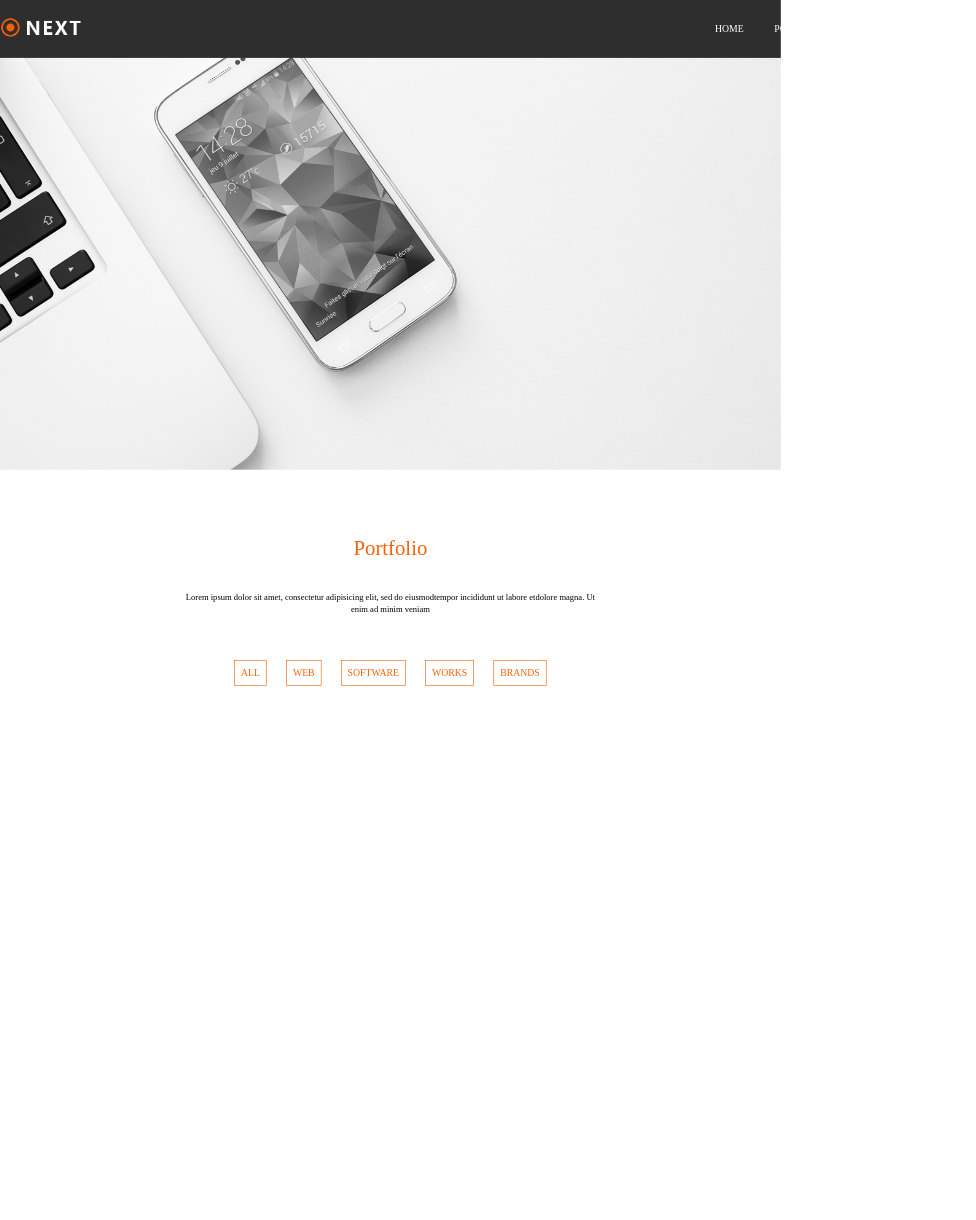
Repository: ScarApocalypse/study
Page: HTML5learning/HTML5作业/index.html
The author's editor kept a copy of each file at every save. The page is drawn from the files as they stood at one save, then again after the next save.
The browser window is 1280 px wide. The page is 1600 px wide, so the pictures cover 1600 px, including what lies to the right of the window. The pictures show the whole page, at 61% of full size.

Above is the page before, as saved 2019-03-20 18:42:27.

After the next save:
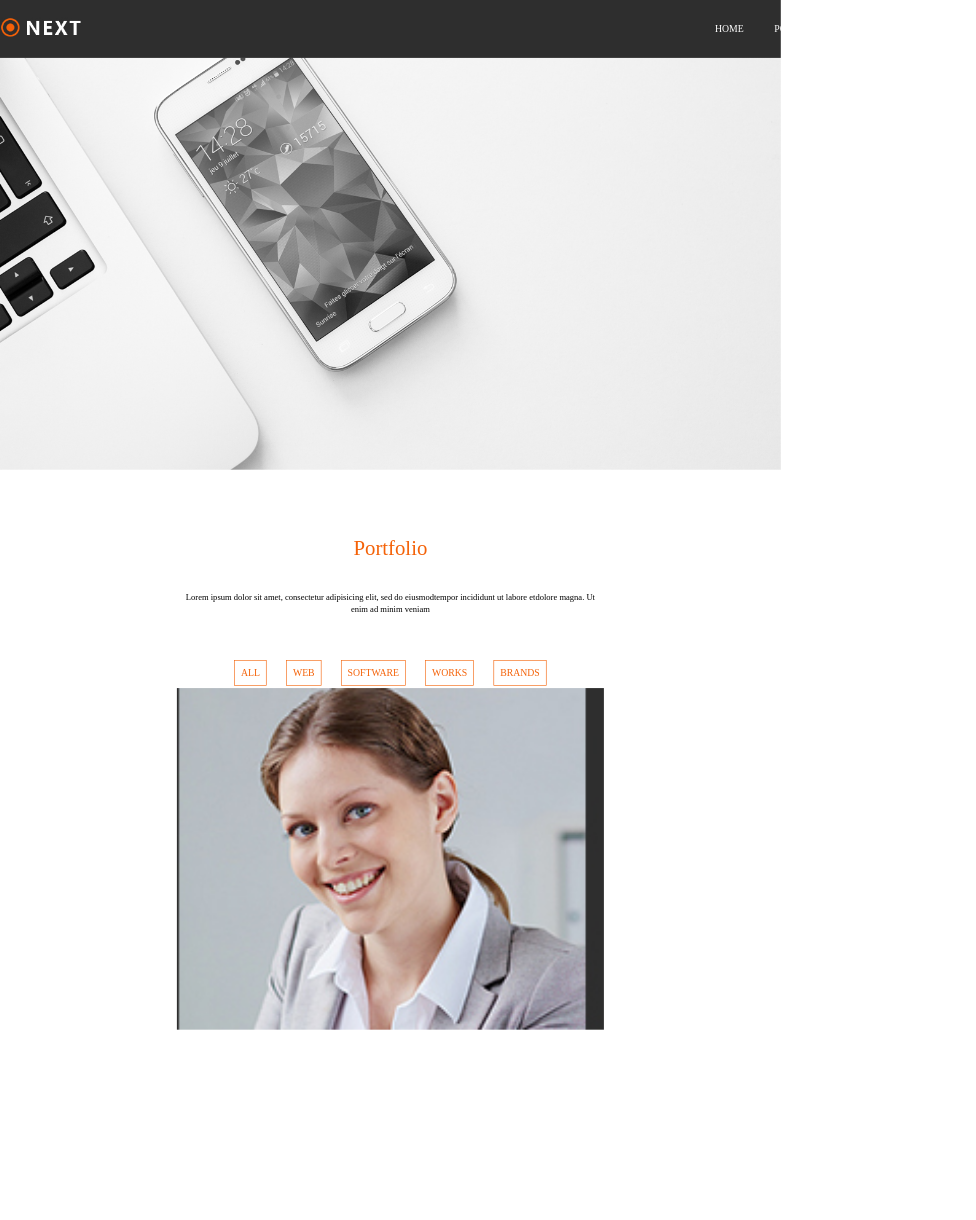
Saved 17 s later.
--- a/HTML5learning/HTML5作业/css/index.css
+++ b/HTML5learning/HTML5作业/css/index.css
@@ -94,7 +94,7 @@ header > .container > nav > a{
     color:#fff;
     cursor: pointer;
 }
-.protfolio-nav{
+.portfolio-nav{
     background: url(../img/team1.jpg) no-repeat center;
     background-size: cover;
     height: 560px;
